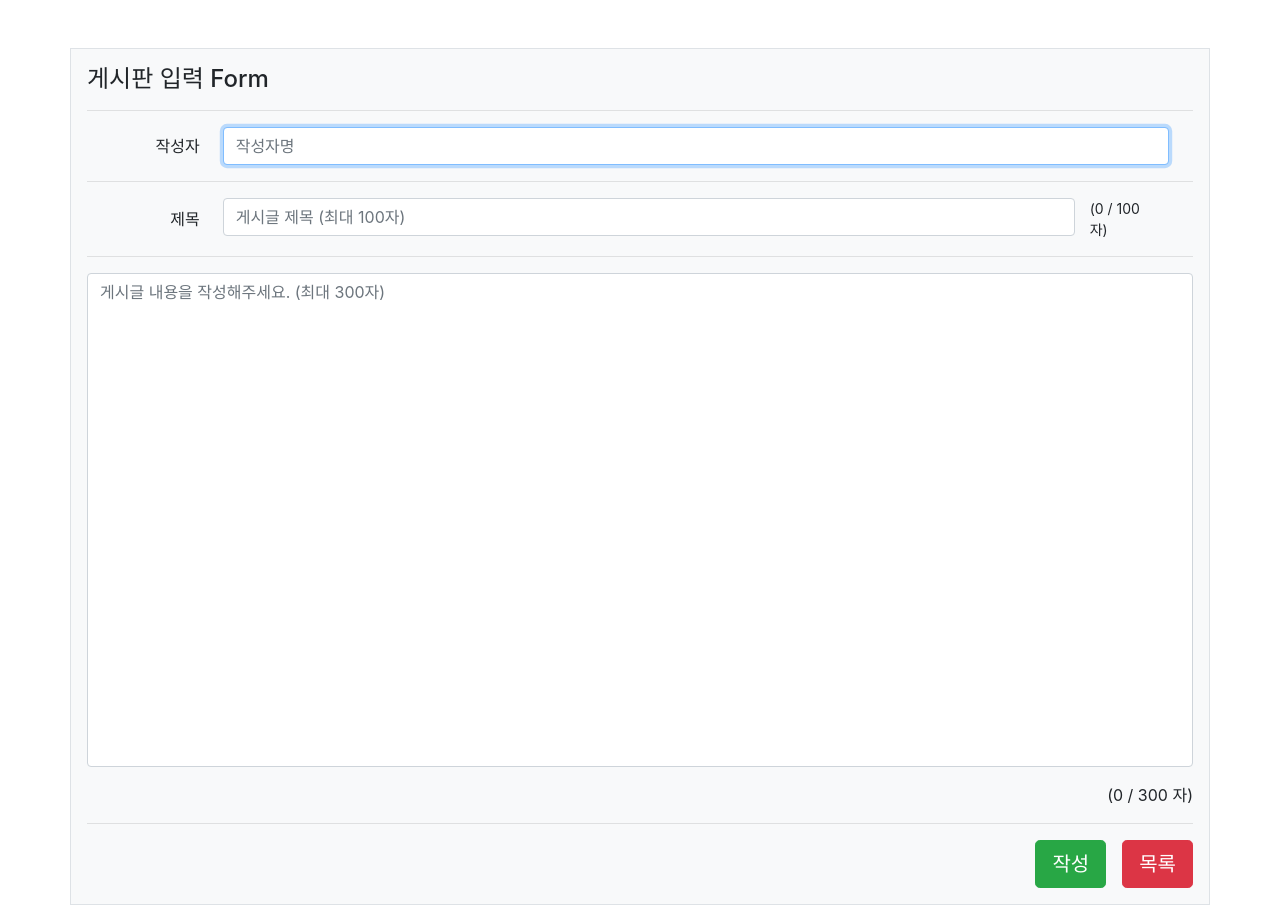
Repository: rasz60/ezen
Page: http://localhost/jspMVC/
An editor plug-in stored every save of this project. The page is shown before and after the next save, followed by the edit.
The browser window is 1280 px wide. The pictures show the whole page.
Some web libraries are served in a nearby version. The page is served by Tomcat 9.

Above is the page before, as saved 2022-02-15 01:38:26.

After the next save:
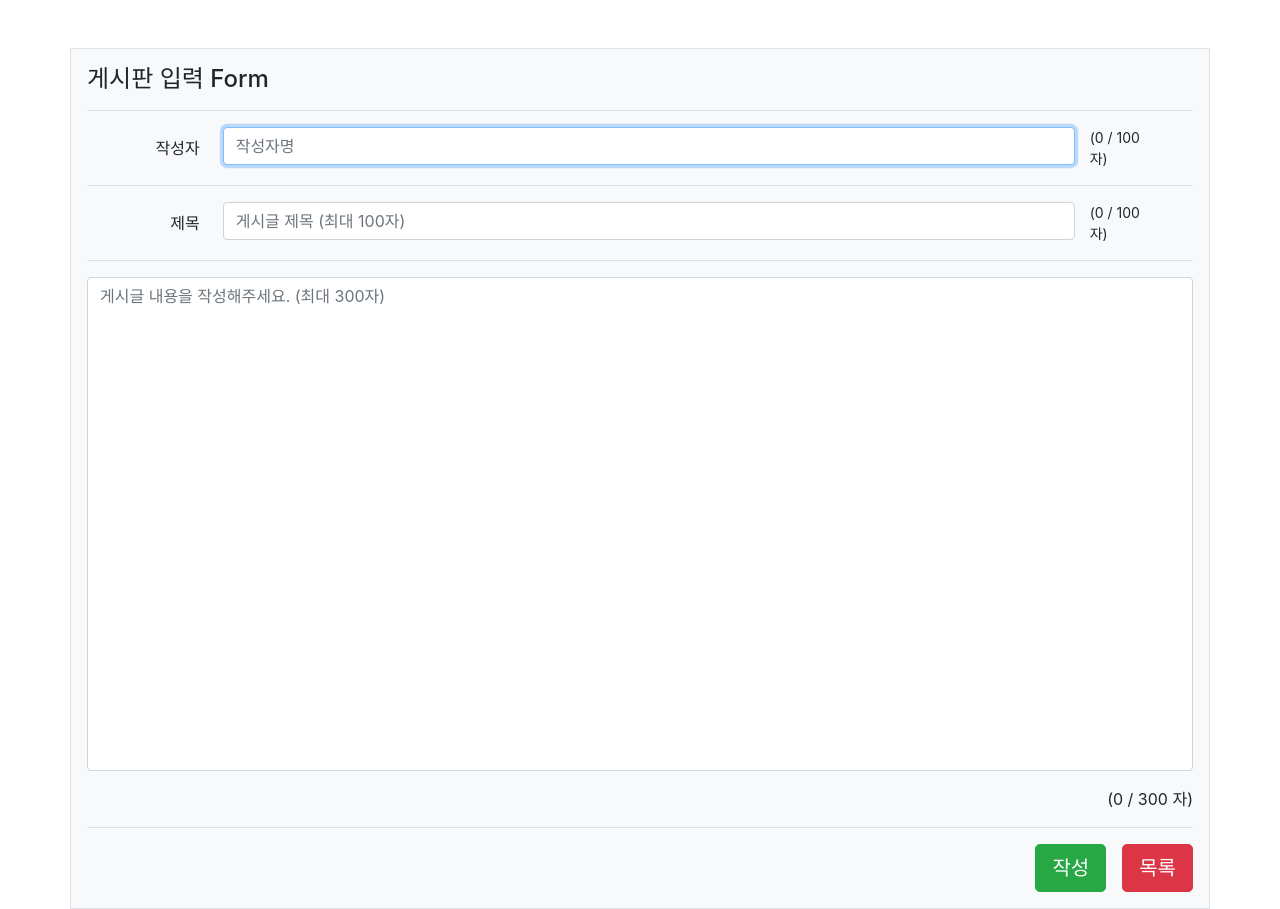
Saved 20 s later.
--- a/04_jsp_servlet-workspace/jspMVC/src/main/webapp/writeForm.jsp
+++ b/04_jsp_servlet-workspace/jspMVC/src/main/webapp/writeForm.jsp
@@ -42,7 +42,8 @@ textarea {
 	<form action="write.do" method="post" name="form">
 		<div class="form-group row">
 			<label for="bName" class="col-1 text-right ml-5 mr-2 my-auto" >작성자</label>
-			<input type="text" name="bName" id="bName" class="form-control col-10" autofocus placeholder="작성자명"/>
+			<input type="text" name="bName" id="bName" class="form-control col-9" autofocus placeholder="작성자명"/>
+			<small class="d-flex col-1 mt-auto">(0 / 100 자)</small>
 		</div>
 		<hr />
 		<div class="form-group row">
@@ -54,7 +55,7 @@ textarea {
 		<div class="form-group text-center">
 			<textarea name="bContent" id="bContent" cols="100" rows="20" class="form-control" placeholder="게시글 내용을 작성해주세요. (최대 300자)"></textarea>
 		</div>
-		<span class="d-flex justify-content-end mb-auto">(0 / 300 자)</span>
+		<span class="d-flex justify-content-end">(0 / 300 자)</span>
 		<hr />
 		<div class="d-flex justify-content-end">
 			<input type="submit" value="작성" class="btn btn-success btn-lg mr-3" onclick="return checkWrite()" />
